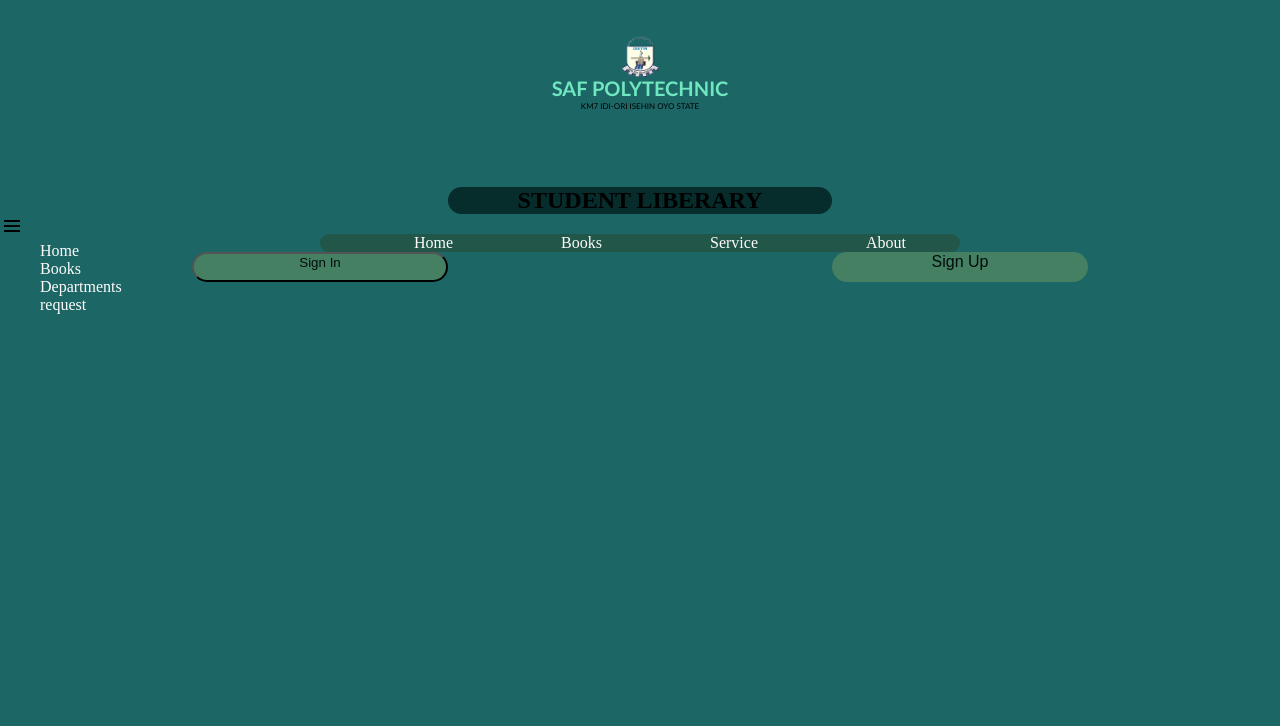
Repository: makinwademila/new-html
Page: index.html
These files come from the project's save history. The page is drawn as it stood at one moment and after the next save; the edit follows.
The browser window is 1280 px wide. The pictures show the whole page.

Above is the page before, as saved 2025-03-05 18:14:05.
Console error: ReferenceError: e is not defined

### index.html
<!DOCTYPE html>
    <html lang="en">

        <head>

            <title>test web page</title>
            <link href="style.css" rel="stylesheet">
        </head>
        <title>saf porject</title>

        <body>
            <header>
                <div class="names">
                    <img src="logo.png">
                    <div class="name">
                        <h6>
                            SAF POLYTECHNIC
                        </h6>
                    </div>

                    <div class="namer"> KM7 IDI-ORI ISEHIN OYO STATE
                    </div>
                </div>
            </header>

            <nav>
                <div class="title">
                    <h2>
                        STUDENT LIBERARY
                    </h2>
                </div>
            </nav>
            <div class="nav-menu-btn">

                <div class="menu-icon" id="menu-icon">

                    <div class="dropdown">
                        <span class="dropdown-button">
                        <i class="menu-icon"> <svg xmlns="http://www.w3.org/2000/svg" width="24" height="24" viewBox="0 0 24 24"><path d=
                        "M4 6h16v2H4zm0 5h16v2H4zm0 5h16v2H4z"/></svg></i>


                        <div class="dropdown-content">
                            <ul>
                                <li><a href="#">Home</a></li>
                                <li><a href="#">Books</a></li>
                                <li><a href="#">Departments</a></li>
                                <li><a href="#">request</a></li>
                            </ul>
                        </div>
                    </div>


                </div>
                <div class="drop-down-menu" id="drop-down-menu">

                </div>

            </div>
            <div class="nav-menu">
                <ul>
                    <li><a href="#" class="first">Home</a></li>
                    <li><a href="#" class="second">Books</a></li>
                    <li><a href="#" class="third">Service</a></li>
                    <li><a href="#" class="fourth">About</a></li>
                </ul>
            </div>


            <div class="nav-button">
                <button class="btn1" id="loginBtn">Sign In</button>
                <button class="btn" id="RegisterBtn">Sign Up</button>
            </div>

            <div class="wrapper">
                <span class="icon-close"><ion-icon name="close"></ion-icon>
                </span>

                        <div class="form-box login">
                            <h2>Login</h2>
                            <form action="#">
                                <div class="input-box">
                                    <span class="icon"><ion-icon name="mail"></ion-icon></span>
                                    <input type="email" required>
                                    <label>Matric.NO</label>
                                </div>
                                <form action="#">
                                    <div class="input-box">
                                        <span class="icon"><ion-icon name="lock-closed"></ion-icon></span>
                                        <input type="password" required>
                                        <label>Password</label>
                                    </div>
                                    <div class="remember-forgot">
                                        <label><input type="checkbox" required>Remember me</label>
                                        <a href="#">Forgot Password?</a>
                                    </div>
                                    <button type="submit" class="btn" onclick="active" href="home.html">Login</button>
                                    <div class="login-register">
                                        <p>Don't have an account? <a href="#" class="register-link">Register</a></p>
                                    </div>
                                </form>
                        </div>

                        <div class="form-box register">
                            <h2>Registration</h2>
                            <form action="#">
                                <div class="input-box">
                                    <span class="icon"><ion-icon name="person"></ion-icon></span>
                                    <input type="text" required>
                                    <label>Matric.NO</label>
                                </div>
                                <div class="input-box">
                                    <span class="icon"><ion-icon name="mail"></ion-icon></span>
                                    <input type="email" required>
                                    <label>Email</label>
                                </div>
                                <form action="#">
                                    <div class="input-box">
                                        <span class="icon"><ion-icon name="lock-closed"></ion-icon></span>
                                        <input type="password" required>
                                        <label>Password</label>
                                    </div>
                                    <div class="remember-forgot">
                                        <label><input type="checkbox" required>I agree to the terms & condition</label>

                                    </div>
                                    <button type="submit" class="btn">Register</button>
                                    <div class="login-register">
                                        <p>Already have an account? <a href="#" class="login-link">Login</a></p>
                                    </div>
                                </form>
                        </div>
                    </div>

                    <script type="module" src="https://unpkg.com/ionicons@7.1.0/dist/ionicons/ionicons.esm.js"></script>
                    <script nomodule src="https://unpkg.com/ionicons@7.1.0/dist/ionicons/ionicons.js"></script>
                    <script src="script.js"></script>
        </body>


        </html>

### style.css
* {
    margin: auto;
    padding: auto;
}

body {
    margin: 0;
    padding: 0;
    background-color: rgb(29, 102, 102);
    height: auto;
    width: auto;
}

header {
    font-family: 'Gill Sans', 'Gill Sans MT', Calibri, 'Trebuchet MS', sans-serif;
    justify-content: center;
    align-content: center;
}

img {
    height: 80px;
    width: 80px;
    display: block;
    margin: auto;
}

.name h6 {
    font-size: 40px;
    font-weight: bolder;
    color: rgb(112, 231, 191);
    display: flex;
    justify-content: center;
    align-content: center;
}

.title {
    display: flex;
    justify-content: center;
    align-items: center;
    flex-direction: row;
    justify-content: space-between;
    justify-content: space-around;
    color: black;
    background-color: rgb(7, 44, 44);
    border-radius: 60px;
    width: 30%;
    list-style: none;
    margin-top: 40px;
}

.namer {
    display: flex;
    justify-content: center;
}

.nav-button button {
    display: flex;
    background-color: rgb(69, 128, 98);
    color: rgb(1, 12, 12);
    height: 30px;
    width: 20%;
    border-radius: 20px;
}

.icon {
    color: rgb(53, 102, 43);
}

.nav-menu {
    position: relative;
    top: 20px;
    border-top: 40px;
    width: 50%;
    background-color: rgba(34, 83, 67, 0.836);
    border-radius: 70px;
}

.nav-menu ul {
    display: flex;
    flex-direction: row;
    justify-content: space-between;
}

a {
    background-color: transparent;
    color: rgb(255, 252, 252);
    transition: 1s;
    opacity: 5px;
    animation: forwards;
    border-radius: 100px;
    text-decoration: none;
}

a:hover {
    color: rgba(255, 219, 14, 0.801);
}

a:active {
    background-color: rgb(30, 48, 30);
    transition: 1s ease-in-out;
}

.nav-button {
    justify-content: center;
    display: flex;
    justify-content: space-around;
}

li {
    color: transparent;
}

.nav-menu-btn {
    position: absolute;
    border: none;
    color: #65dee2;
    display: flex;
    overflow: hidden;
}

.nav-menu-btn:hover {
    color: aliceblue;
}

.nav-button {
    border: none;
    justify-content: center;
    display: flex;
    justify-content: space-between;
}

button {
    font-family: Arial, Helvetica, sans-serif;
    justify-content: center;
    margin-top: 20px;
}

.dropdown {
    position: relative;
    display: inline-block;
}

.wrapper {
    position: relative;
    top: -170px;
    width: 400px;
    height: 440px;
    background: transparent;
    border: 2px solid rgba(255, 255, 255, 0.5);
    border-radius: 20px;
    backdrop-filter: blur(20px, 20px);
    box-shadow: 0 0 30px rgba(0, 0, 0, 0.5);
    display: flex;
    justify-content: center;
    align-items: center;
    transition: transform .5s ease height .2 ease;
    overflow: hidden;
    transform: scale(0);
    animation-name: close;
}

@keyframes close {
    0 {
        translate: ;
    }
    50% {}
    100% {}
}

header {
    transform: scale(0.5);
}

.header {
    overflow: hidden;
    transform: scale(0);
}

.header.active-popup {
    transform: scale(1);
}

.wrapper.active-popup {
    transform: scale(1);
}

.wrapper.active {
    height: 520px;
}

.wrapper .form-box.login {
    transition: transform .18s ease;
    transform: translateX(0);
}

.wrapper.active .form-box.login {
    transition: none;
    transform: translateX(-400px);
}

.wrapper .form-box.register {
    position: absolute;
    transition: none;
    transform: translate(400px);
}

.wrapper.active .form-box.register {
    transition: transform .18s ease;
    transform: translateX(0);
}

.wrapper .form-box {
    width: 100%;
    max-width: 400px;
    padding: 40px;
    border-radius: 20px;
    box-shadow: 0 0 20px rgba(0, 0, 0, 0.1);
    display: flex;
    flex-direction: column;
    justify-content: center;
    align-items: center;
}

.wrapper .icon-close {
    position: absolute;
    top: 0;
    right: 0;
    width: 45px;
    height: 45px;
    background: #0d1922;
    font-size: 2em;
    color: #fff;
    display: flex;
    justify-content: center;
    align-items: center;
    border-bottom-left-radius: 20px;
    cursor: pointer;
    z-index: 1;
}

.form-box h2 {
    font-size: 2.5em;
    color: #162938;
    text-align: center;
}

.input-box {
    position: relative;
    width: 100%;
    height: 30px;
    border-bottom: 2px solid #162938;
    margin: 20px 0;
}

.input-box label {
    position: absolute;
    top: 30%;
    left: 12%;
    transform: translate(-40%);
    font-size: 1em;
    color: #162938;
    font-weight: 500;
    pointer-events: none;
    transition: 0.5s;
    animation-duration: 2s;
}

.input-box input:focus~label,
.input-box input:valid~label {
    top: -15px;
    color: #162938;
    font-weight: 700;
}

.input-box input {
    position: absolute;
    width: 100%;
    height: 100%;
    border: none;
    background: transparent;
    outline: none;
    font-size: 1em;
    color: #162938;
    font-weight: 600;
}

.input-box .icon {
    position: absolute;
    top: 50%;
    right: 10px;
    transform: translateY(-50%);
    font-size: 1em;
    color: #162938;
    line-height: 57px;
}

.remember-forgot {
    font-size: .9em;
    color: #162938;
    font-weight: 500;
    margin: -15px 0 15px;
    display: flex;
    justify-content: space-between;
}

.remember-forgot label input {
    accent-color: #162938;
    margin-right: 3px;
}

.remember-forgot a {
    color: #162938;
    text-decoration: none;
}

.remember-forgot a:hover {
    text-decoration: underline;
}

.btn {
    width: 100%;
    height: 45px;
    background: #162938;
    border: none;
    outline: none;
    border-radius: 20px;
    cursor: pointer;
    font-size: 1em;
    color: #fff;
    font-weight: 500;
}

.btn:hover {
    background: #111726;
}

.login-register {
    font-size: 0.9em;
    color: #162938;
    text-align: center;
    font-weight: 500;
    margin: 25px 0 10px;
}

.login-register p a {
    color: #162938;
    text-decoration: none;
    font-weight: 600;
}

.login-register p a:hover {
    text-decoration: underline;
}

### script.js
const dropdownButton = document.querySelector('.dropdown-button');
const dropdownContent = document.querySelector('.dropdown-content');
const wrapper = document.querySelector('.wrapper');
const loginlink = document.querySelector('.login-link');
const registerlink = document.querySelector('.register-link');
const btnPopup = document.querySelector('.btnLogin-popup');
const iconClose = document.querySelector('.icon-close');


dropdownButton.addEventListener('click', () => {
    dropdownContent.classList.toggle('show');
});

window.addEventListener('click', (e) => {});
if (!e.target.classList.contains('dropdown-button') && !e.target.classList.contains('dropdown-content')) {
    dropdownContent.classList.remove('show');
}


registerlink.addEventListener('click', () => {
    wrapper.classList.add('active');
});

loginlink.addEventListener('click', () => {
    wrapper.classList.remove('active');
});

btnPopup.addEventListener('click', () => {
    wrapper.classList.toggle('active-popup');
});

iconClose.addEventListener('click', () => {
    wrapper.classList.remove('active-popup');
});

After the next save:
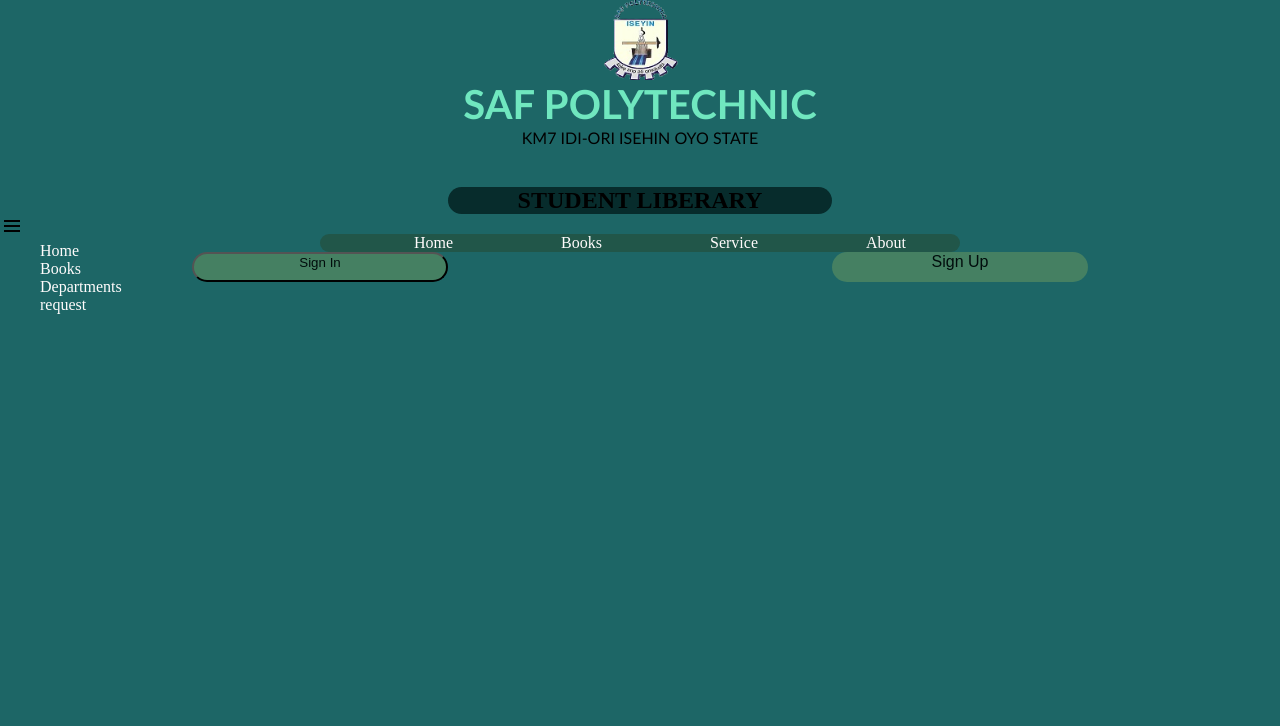
Saved 26 s later.
--- a/style.css
+++ b/style.css
@@ -168,12 +168,12 @@
 }
 
 header {
-    transform: scale(0.5);
+    transform: scale(1);
 }
 
 .header {
     overflow: hidden;
-    transform: scale(0);
+    transform: scale(1);
 }
 
 .header.active-popup {
